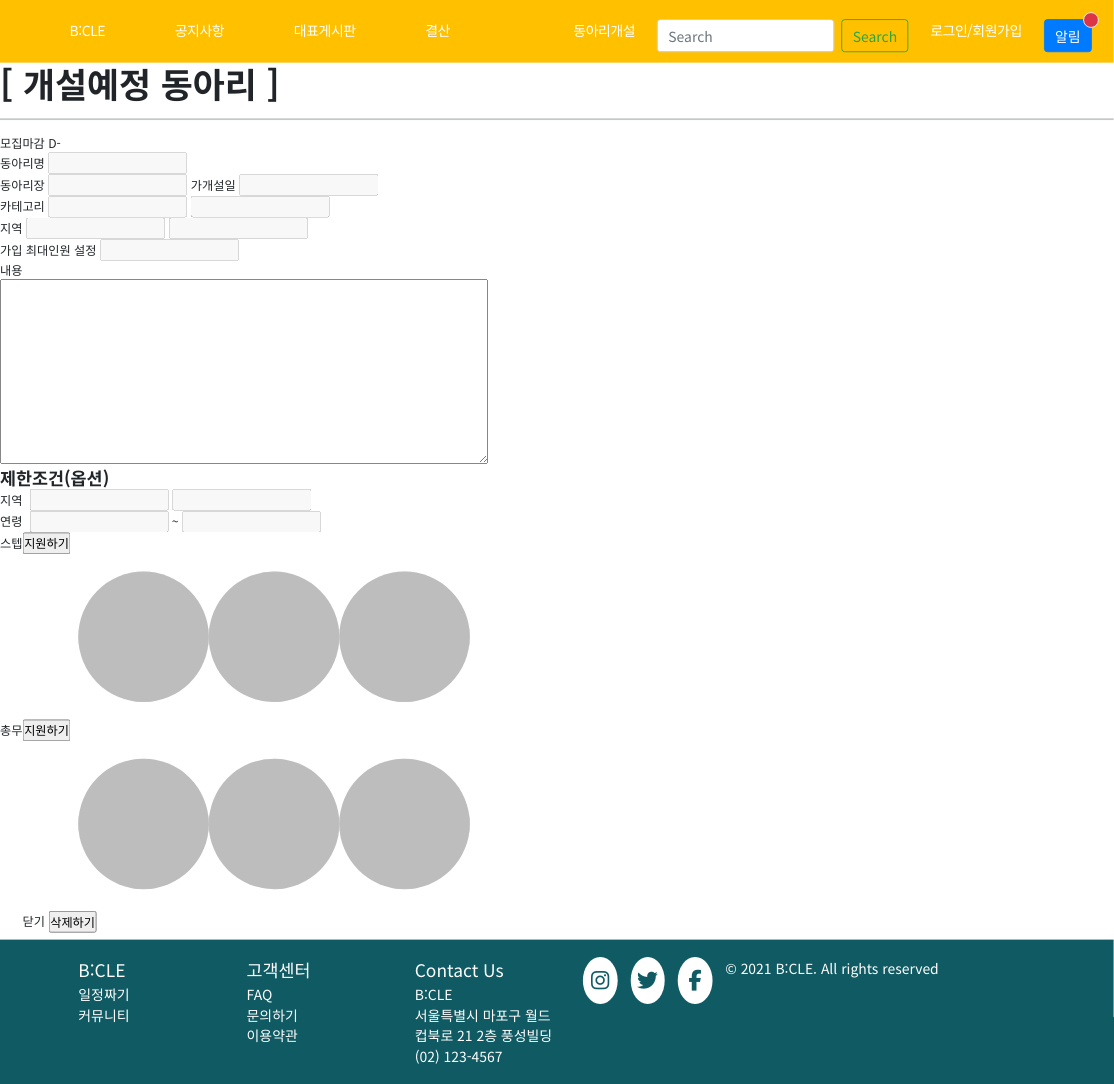
Repository: CHAEYUN7074/SpringProject_Bcle
Page: http://localhost/Bcle/ClubBeforeOpenedContents.jsp
These files come from the project's save history. The page is drawn as it stood at one moment and after the next save; the edit follows.
The browser window is 1280 px wide. The pictures show the whole page, at 87% of full size.
Some web fonts or font styles are not loaded; a fallback is used. Some web libraries are served in a nearby version. The page is served by Tomcat 9. The template is opened directly, without the code that normally fills it, so the values that code supplies are empty.

Above is the page before, as saved 2021-12-21 07:20:40.

After the next save:
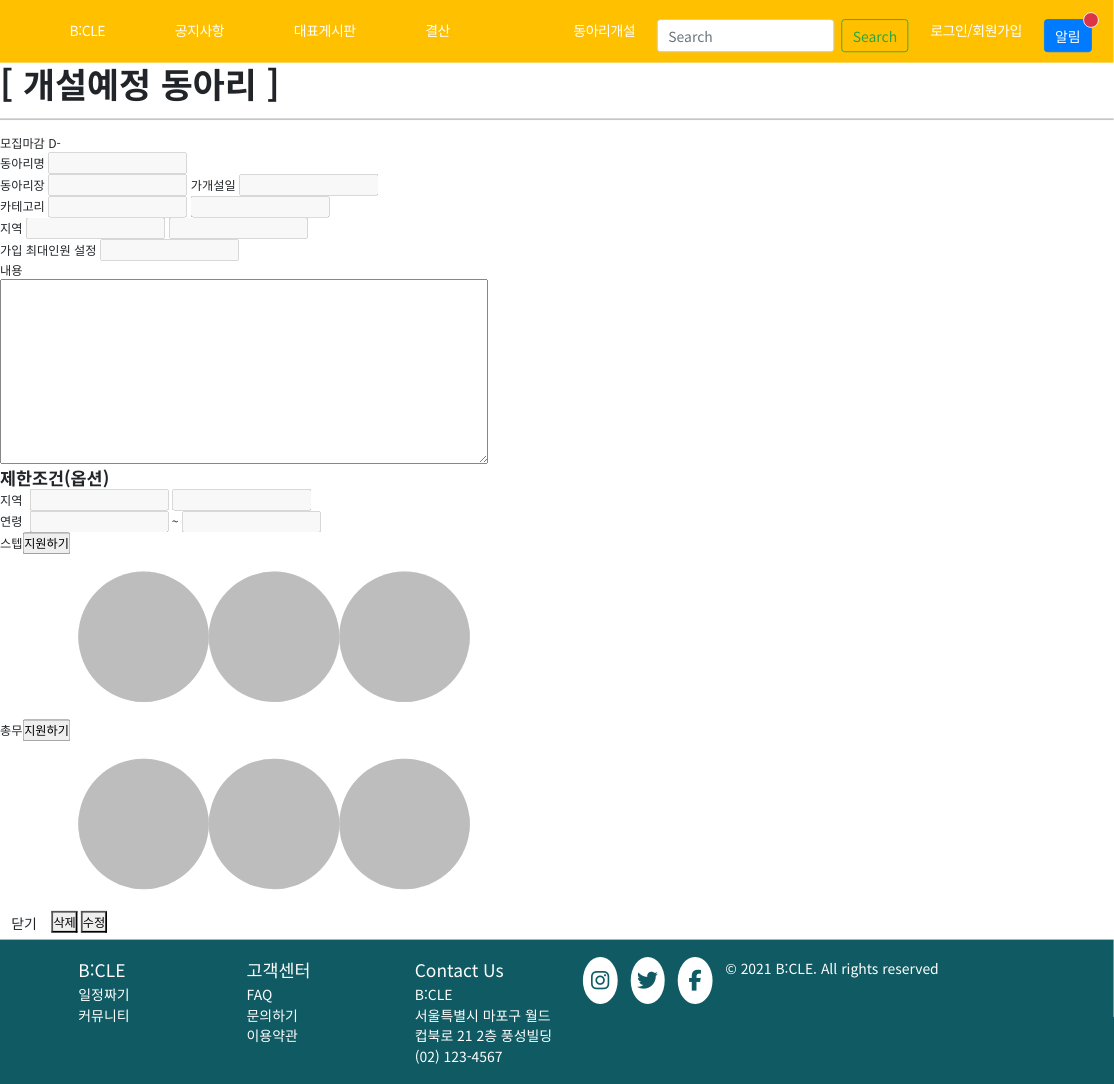
Saved 102 s later.
--- a/Bcle/WebContent/ClubBeforeOpenedContents.jsp
+++ b/Bcle/WebContent/ClubBeforeOpenedContents.jsp
@@ -151,10 +151,12 @@ ClubBeforeOpenedContents.jsp
                      </div>
 
                      <div>
-                              <input type="button" class="btn" id="closeBtn"
+                              <button type="button" class="btn" id="closeBtn"
                               onclick="location.href='clubprelistform.action'">닫기</button>
-                              <input type="button" value="삭제하기" class="btn2" onclick="sendIt()"/>
+                              <button type="button" value="삭제하기" class="deleteBtn">삭제</button>
+                              <button type="button" value="수정하기" class="updateBtn">수정</button>
                            </div>
+
 
                   </div>
 
